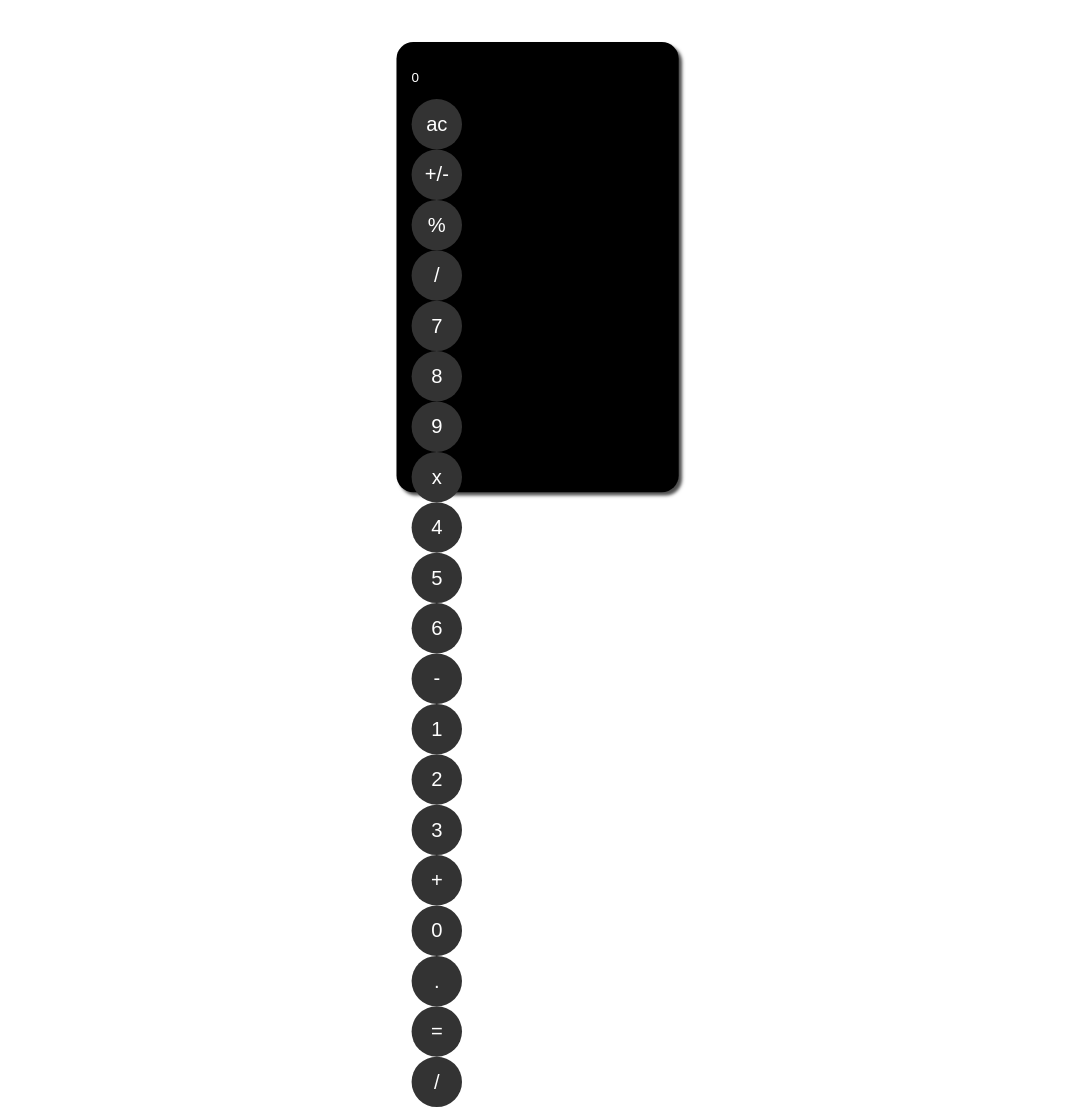
Repository: batonAnton/iphoneCalculator
Page: index.html
These files come from the project's save history. The page is drawn as it stood at one moment and after the next save; the edit follows.
The browser window is 1280 px wide. The pictures show the whole page, at 84% of full size.

Above is the page before, as saved 2022-03-09 18:12:51.

### index.html
<!DOCTYPE html>
<html lang="en">
<head>
    <meta charset="UTF-8">
    <meta http-equiv="X-UA-Compatible" content="IE=edge">
    <meta name="viewport" content="width=device-width, initial-scale=1.0">
    <title>Calculator</title>
    <link rel="stylesheet" href="style.css">
</head>
<body>
    <div class="calc">
        <div class="calc-screen">
            <p>0</p>
        </div>
        <div class="butons">
             <div class="btn ac bg-grey">ac</div>
             <div class="btn plus-minus bg-grey">+/-</div>
             <div class="btn percent bg-grey">%</div>
             <div class="btn division bg-orange">/</div>

             <div class="btn seven">7</div>
             <div class="btn eight">8</div>
             <div class="btn nine">9</div>
             <div class="btn multiply bg-orange">x</div>

             <div class="btn four">4</div>
             <div class="btn five">5</div>
             <div class="btn six">6</div>
             <div class="btn minus bg-orange">-</div>

             <div class="btn one">1</div>
             <div class="btn two">2</div>
             <div class="btn three">3</div>
             <div class="btn plus bg-orange ">+</div>

             <div class="btn zero">0</div>
             <div class="btn dot">.</div>
             <div class="btn equal bg-orange">=</div>
             <div class="btn">/</div>
        </div>
    </div>
</body>
</html>

### style.css
/*
colors
bg #000
orange #ff9501
grey #a6a6a6
white #fdfdfd
*/

.calc {
  margin: 50px auto;
  width: 300px;
  height: 500px;
  /* border: 1px solid#000;  */
  border-radius: 20px;
  background: #000;
  color: #fff;
  font-family: Arial, Helvetica, sans-serif;
  padding: 18px;
  box-shadow: 4px 4px 4px #4f4f4f;
}
.buttons{
    display: grid;

}
.btn {
  width: 60px;
  height: 60px;
  background-color: #333;
  border-radius: 50%;
  text-align: center;
  line-height: 60px;
  font-size: 1.5rem;
}

After the next save:
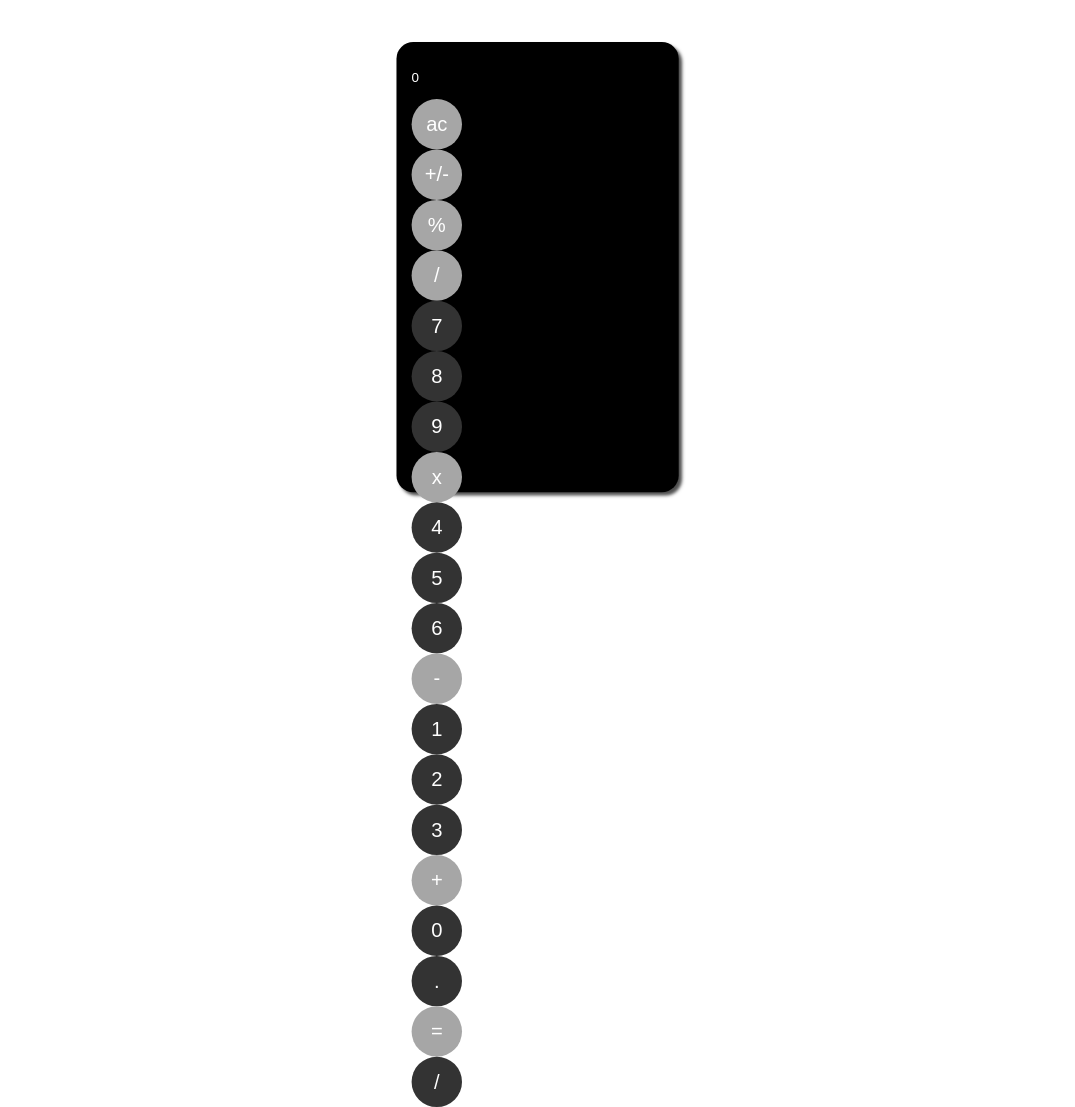
Saved 5 min 27 s later.
--- a/style.css
+++ b/style.css
@@ -18,9 +18,8 @@ white #fdfdfd
   padding: 18px;
   box-shadow: 4px 4px 4px #4f4f4f;
 }
-.buttons{
-    display: grid;
-
+.buttons {
+  display: grid;
 }
 .btn {
   width: 60px;
@@ -30,4 +29,21 @@ white #fdfdfd
   text-align: center;
   line-height: 60px;
   font-size: 1.5rem;
+  cursor: pointer;
 }
+
+.btn:hover {
+  filter: brightness(120%);
+}
+
+.btn:active {
+  filter: brightness(90%);
+}
+
+.bg-grey {
+  background-color: #a6a6a6;
+}
+
+.bg-orange {
+    background-color: #a6a6a6;
+  }
